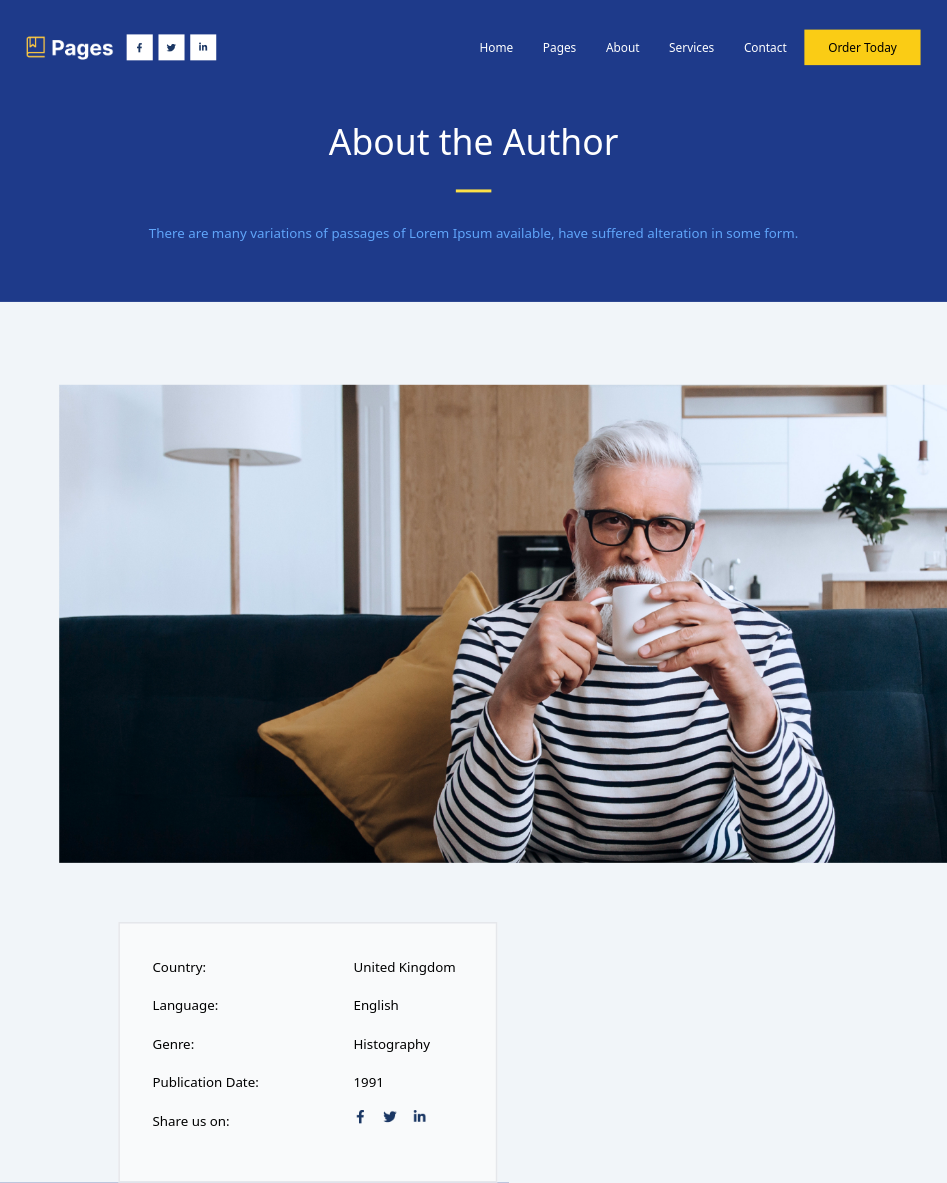
Repository: Godnorg/Class3
Page: index.html
An editor plug-in stored every save of this project. The page is shown before and after a run of saves, followed by the edit.
The browser window is 1280 px wide. The pictures show the whole page, at 74% of full size.
Some web libraries are served in a nearby version.

Above is the page before, as saved 2023-02-19 15:02:04.

After the next 5 saves:
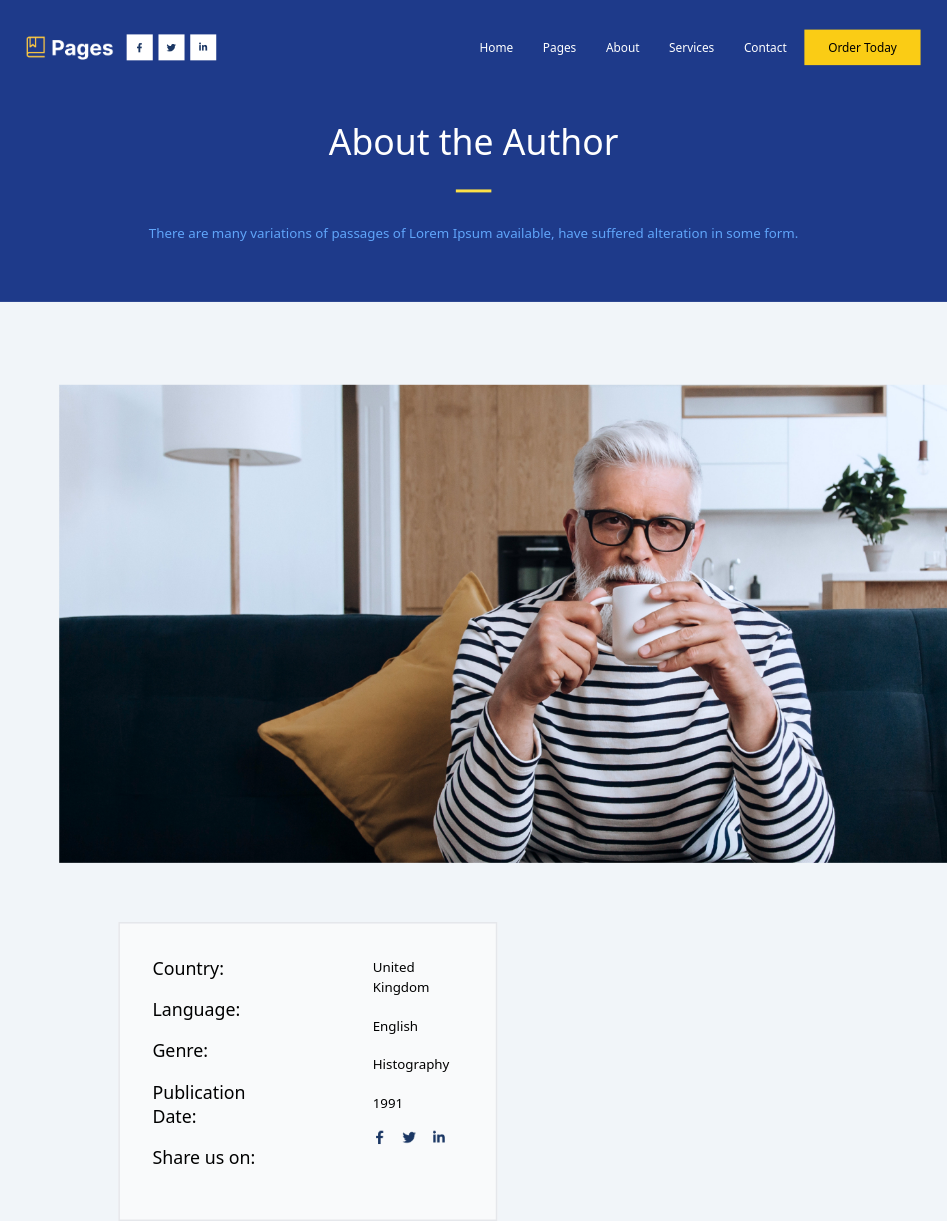
The 5 saves are shown as one change because they came seconds apart.
The last was saved 30 s later.
--- a/index.html
+++ b/index.html
@@ -38,11 +38,11 @@
         <div class="max-w-lg ml-40 mr-96 bg-gray-50">
             <div class="flex mt-0 border-2 pt-11 px-11 pb-11">
                 <div class="pr-32">
-                <h2 class="pb-6 text-lg">Country:</h2>
-                <h2 class="pb-6 text-lg">Language:</h2>
-                <h2 class="pb-6 text-lg">Genre:</h2>
-                <h2 class="pb-6 text-lg">Publication Date:</h2>
-                <h2 class="pb-6 text-lg">Share us on:</h2>
+                <h2 class="pb-6 text-2xl">Country:</h2>
+                <h2 class="pb-6 text-2xl">Language:</h2>
+                <h2 class="pb-6 text-2xl">Genre:</h2>
+                <h2 class="pb-6 text-2xl">Publication Date:</h2>
+                <h2 class="pb-6 text-2xl">Share us on:</h2>
                 </div>
                 <div class="p-0">
                 <p class="pb-6 pr-0 text-lg">United Kingdom</p>
